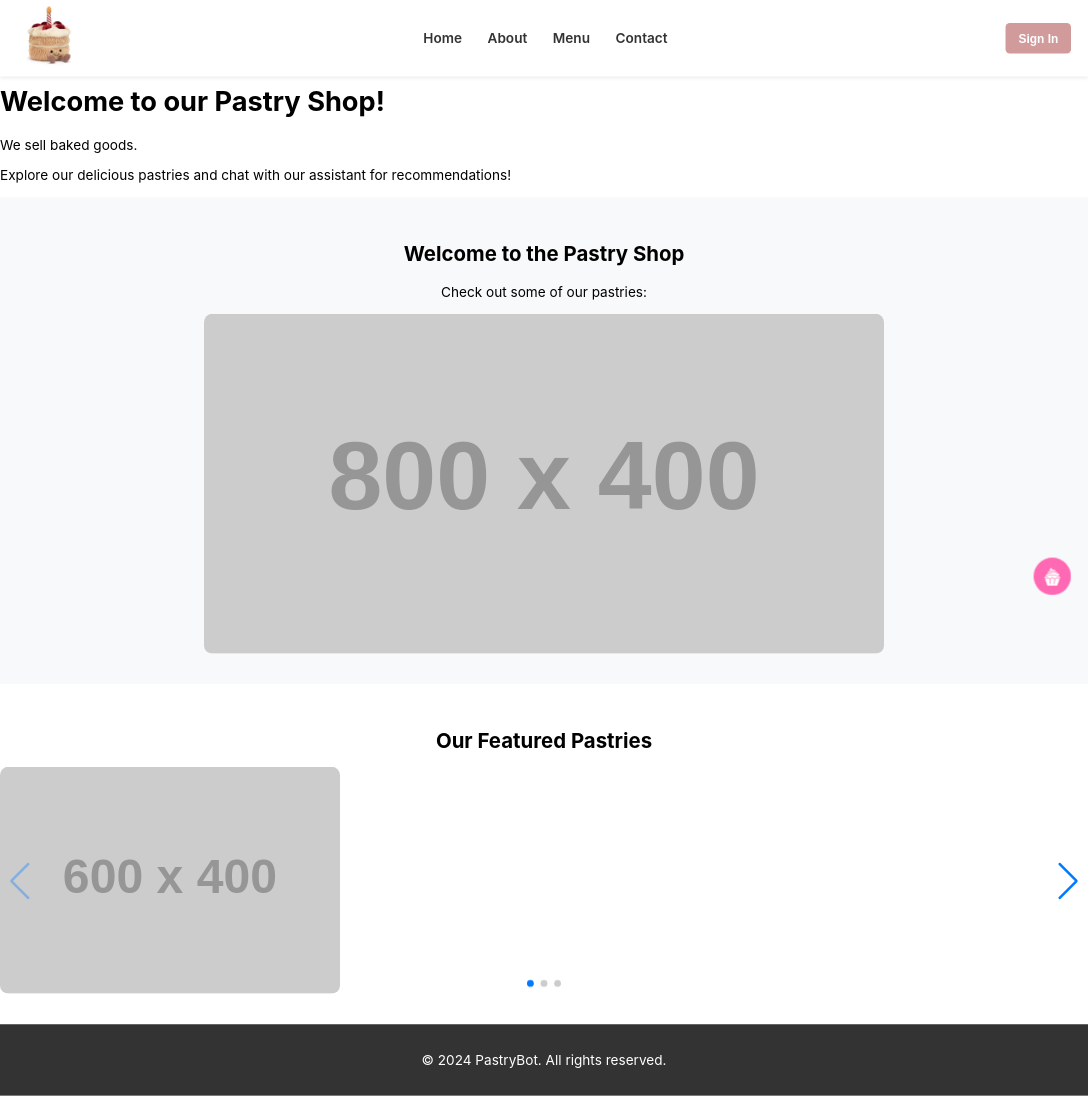
Repository: agrnerd17/Website-Chatbot
Page: / (app in pastry-chatbot/)
These files come from the project's save history. The page is drawn as it stood at one moment and after the next save; the edit follows.
The browser window is 1280 px wide. The pictures show the whole page, at 85% of full size.
The project was rebuilt for these pictures with package versions that can differ from the ones it lists, and the page was loaded fresh each time. Also part of the build but not shown: pastry-chatbot/src/components/Chatbot.js.

Above is the page before, as saved 2024-12-09 14:36:44.

After the next save:
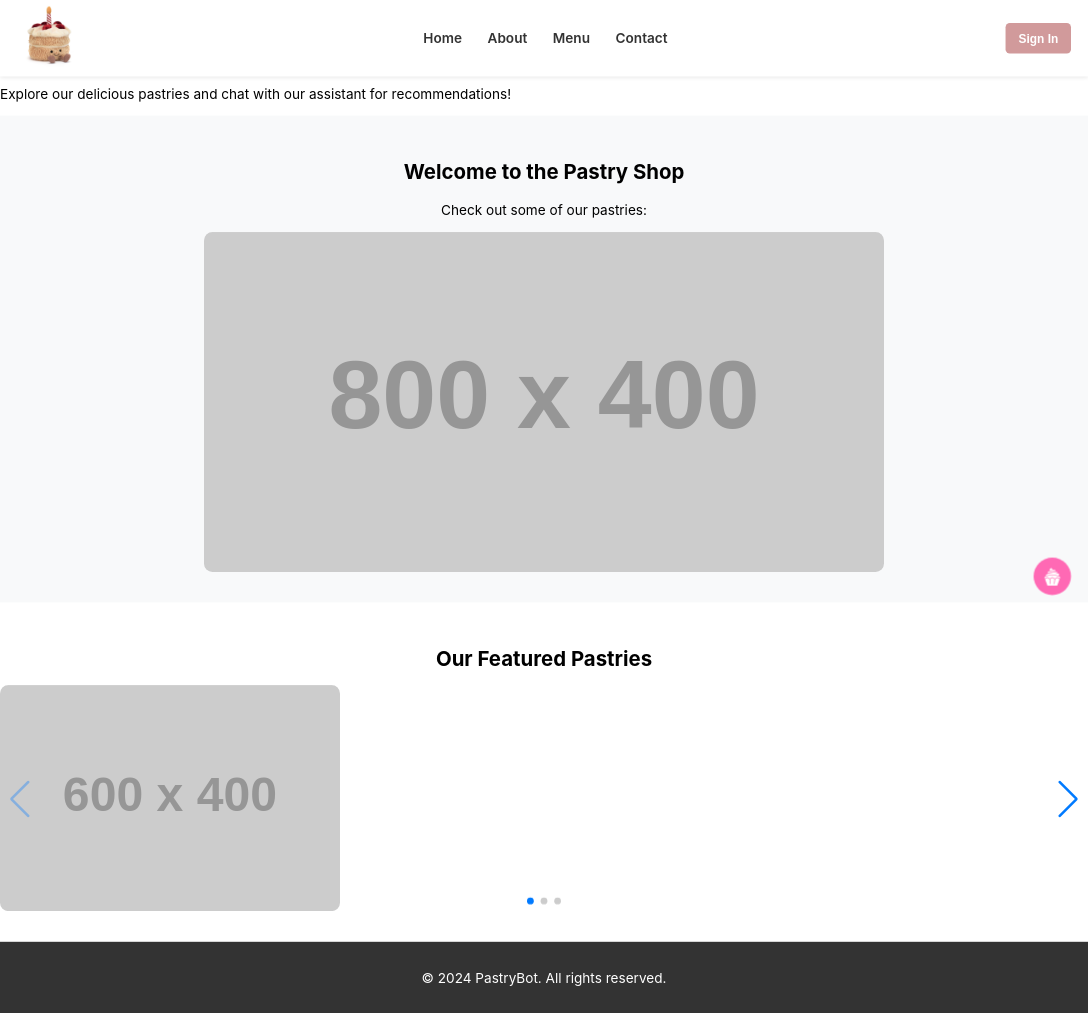
Saved 10 s later.
--- a/pastry-chatbot/src/App.js
+++ b/pastry-chatbot/src/App.js
@@ -16,8 +16,7 @@ function App() {
     <div className="App">
       <Navbar />
       <main style={{ marginTop: "100px" }}>
-        <h1>Welcome to our Pastry Shop!</h1>
-        <p>We sell baked goods.</p>
+
       </main>
       <main>
         <div className="content text-center">
